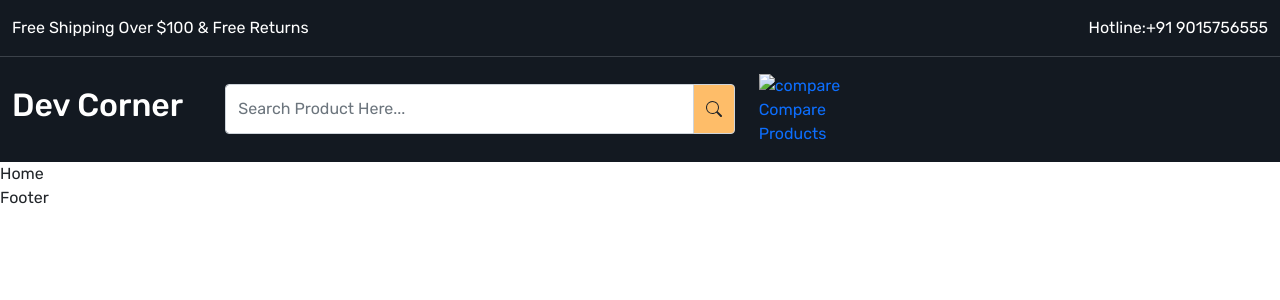
Repository: anamikatomar21/demo
Page: /
An editor plug-in stored every save of this project. The page is shown before and after the next save, followed by the edit.
The browser window is 1280 px wide. The pictures show the whole page.
The project was rebuilt for these pictures with package versions that can differ from the ones it lists, and the page was loaded fresh each time. Also part of the build but not shown: src/pages/About.js, src/pages/Contact.js.

Above is the page before, as saved 2023-05-13 16:00:36.

After the next save:
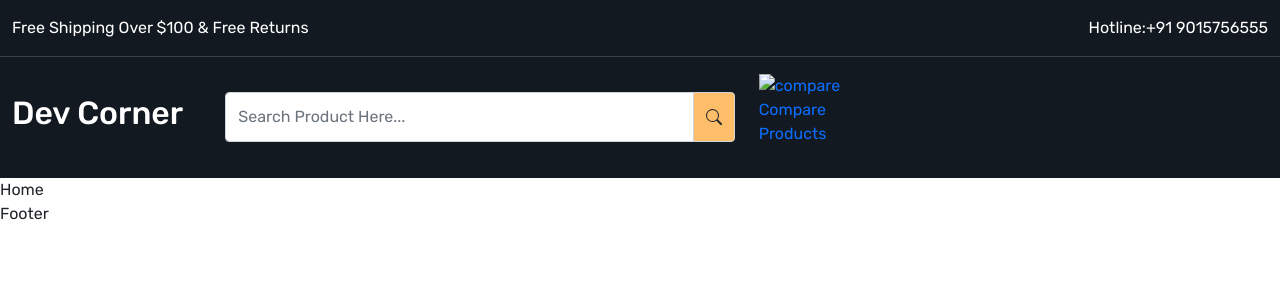
Saved 114 s later.
--- a/src/components/Header.js
+++ b/src/components/Header.js
@@ -49,12 +49,9 @@
             </div>
             <div className="col-5">
               <div>
-                <Link
-                  to="/compare-product"
-                  className=""
-                >
+                <Link to="/compare-product" className="">
                   <img src="" alt="compare" />
-                  <p className="mb-0">
+                  <p>
                     Compare <br /> Products
                   </p>
                 </Link>
